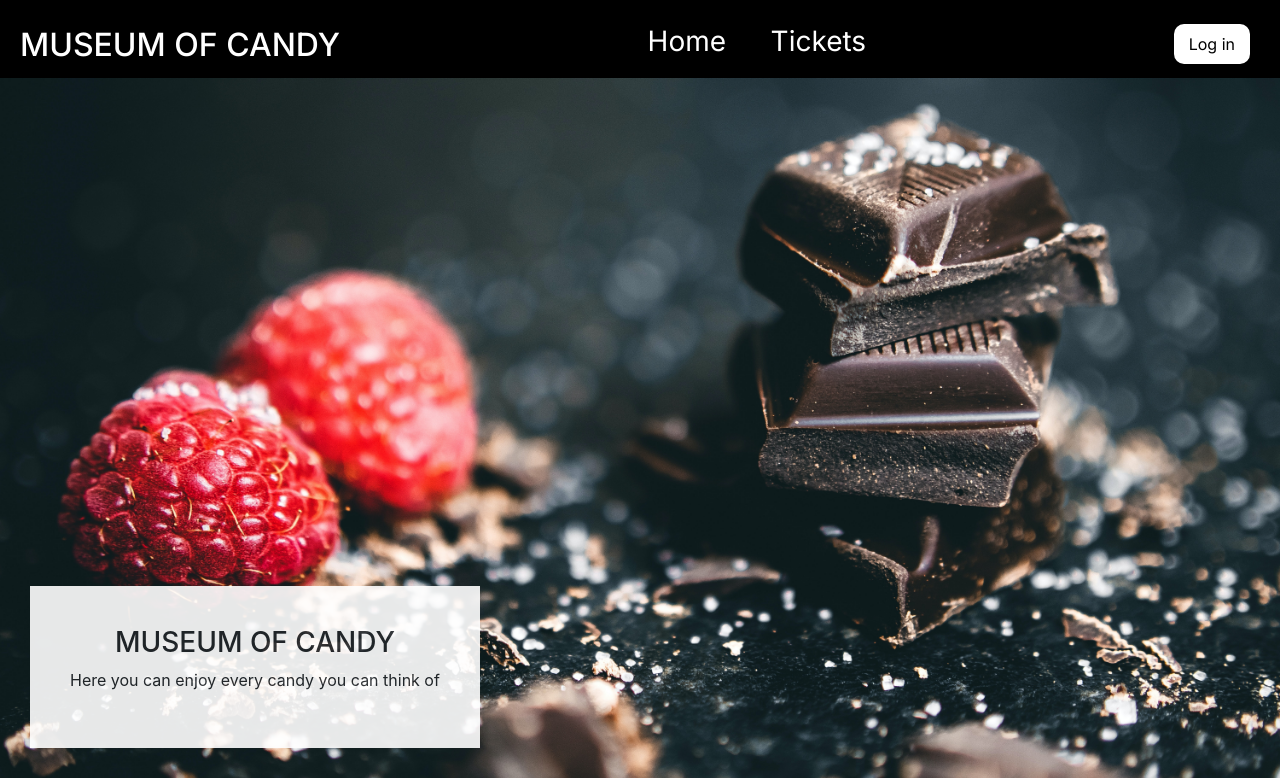
Repository: m-koparanova/MuseumOfCandy
Page: index.html
An editor plug-in stored every save of this project. The page is shown before and after the next save, followed by the edit.
The browser window is 1280 px wide. The pictures show the whole page.

Above is the page before, as saved 2023-03-05 19:41:33.

### index.html
<!DOCTYPE html>
<html lang="en">
<head>
    <meta charset="UTF-8">
    <meta http-equiv="X-UA-Compatible" content="IE=edge">
    <meta name="viewport" content="width=device-width, initial-scale=1.0">
    <title>Document</title>
    <link rel="stylesheet" href="https://cdn.jsdelivr.net/npm/bootstrap@4.6.2/dist/css/bootstrap.min.css" integrity="sha384-xOolHFLEh07PJGoPkLv1IbcEPTNtaed2xpHsD9ESMhqIYd0nLMwNLD69Npy4HI+N" crossorigin="anonymous">

    <link rel="stylesheet" href="style.css">

</head>
<body>
    <nav class="nav-bar">
        <div class="top-nav">
            <h2 class="logo">MUSEUM OF CANDY</h2>
            <ul>
                <li class="nav"><a href="#">Home</a></li>
                <li class="nav"><a href="#">Tickets</a></li>
            </ul>
            <button class="button">Log in</button>
        </div>

    </nav>

    <tbody>
        <div class="image-container">
            <img src="pics\pexels-lisa-fotios-918327.jpg" alt="" class="image">
            <div class="text-container">
                <h3>MUSEUM OF CANDY</h3>
                <p>Here you can enjoy every candy you can think of</p>
            </div>
        </div>
    </tbody>

    <script src="https://cdn.jsdelivr.net/npm/jquery@3.5.1/dist/jquery.slim.min.js" integrity="sha384-DfXdz2htPH0lsSSs5nCTpuj/zy4C+OGpamoFVy38MVBnE+IbbVYUew+OrCXaRkfj" crossorigin="anonymous"></script>
    <script src="https://cdn.jsdelivr.net/npm/bootstrap@4.6.2/dist/js/bootstrap.bundle.min.js" integrity="sha384-Fy6S3B9q64WdZWQUiU+q4/2Lc9npb8tCaSX9FK7E8HnRr0Jz8D6OP9dO5Vg3Q9ct" crossorigin="anonymous"></script>

</body>
</html>

### style.css
@import url('https://fonts.googleapis.com/css2?family=Inter:wght@100;200;300;400;500;600;700;800;900&display=swap');


*{
    margin: 0;
    padding: 0;
}

.nav-bar{
    background: black;
}

.logo {
    font-family: 'Inter', sans-serif, bold;
    color: white;
}

.top-nav{
    display: flex;
    align-items: center;
    justify-content: space-between;
    padding-top: 20px;
    padding-left: 20px;

}

.top-nav ul li{
    display: inline-block;
    list-style-type: none;
    padding-left: 20px;
    padding-right: 20px;
    font-family: 'Inter', sans-serif;
    font-size: 28px;
}

.top-nav ul li a{
    text-decoration: none;
    color: white;
}

.top-nav ul li a:hover{
    color: rgb(215, 5, 5);
    transition: .3s;
}

.button{
    border: none;
    background: white;
    border-radius: 10px;
    padding: 8px 15px 8px 15px;
    margin-right: 30px;
    margin-bottom: 10px;
    font-family: 'Inter', sans-serif;
    text-align: center;
}

.button:hover{
    background: rgb(215, 5, 5);
    color: white;
}

.image-container {
    position: relative;
    text-align: center;
}

.image{
    object-fit: cover;
    width: 100%;
    height: 700px;
}

.text-container{
    position: absolute;
    bottom: 30px;
    left: 30px;
    background: white;
    opacity: 90%;
    padding: 40px;
}

After the next save:
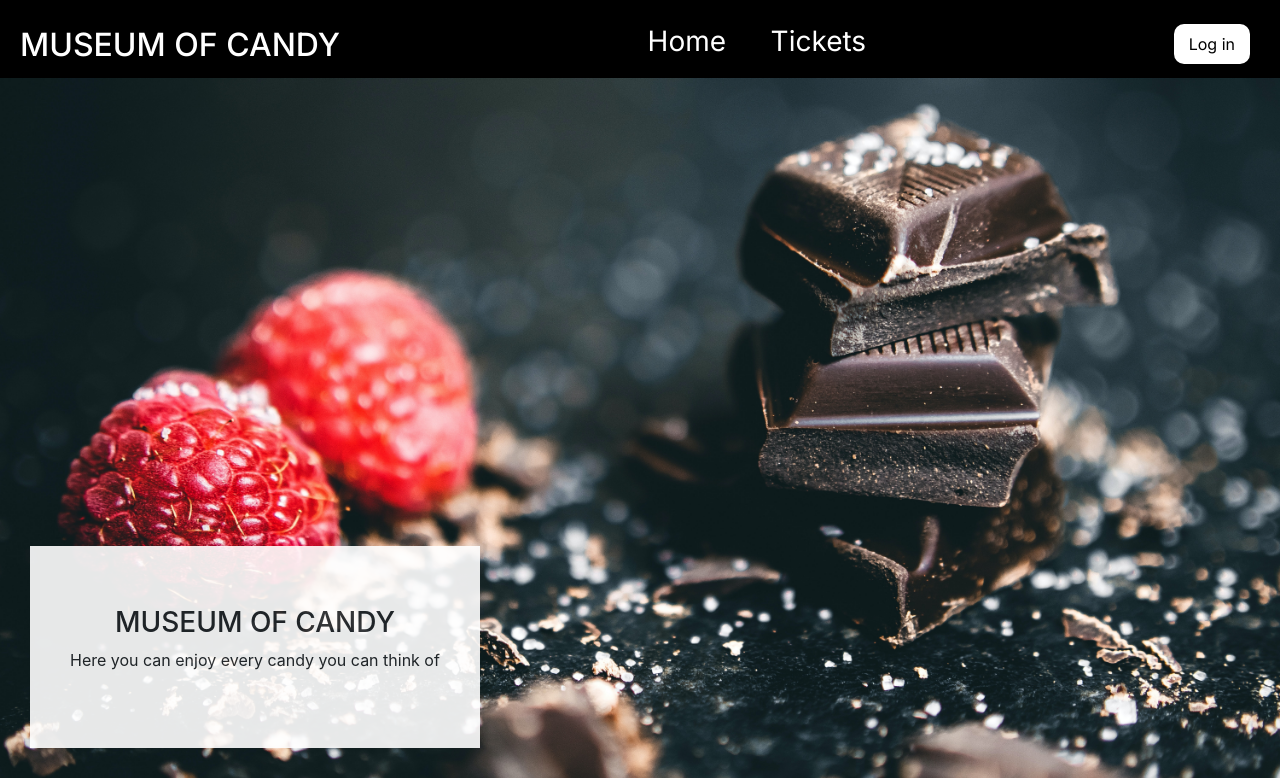
Saved 30 s later.
--- a/style.css
+++ b/style.css
@@ -76,5 +76,5 @@
     left: 30px;
     background: white;
     opacity: 90%;
-    padding: 40px;
+    padding: 60px 40px 60px 40px ;
 }
